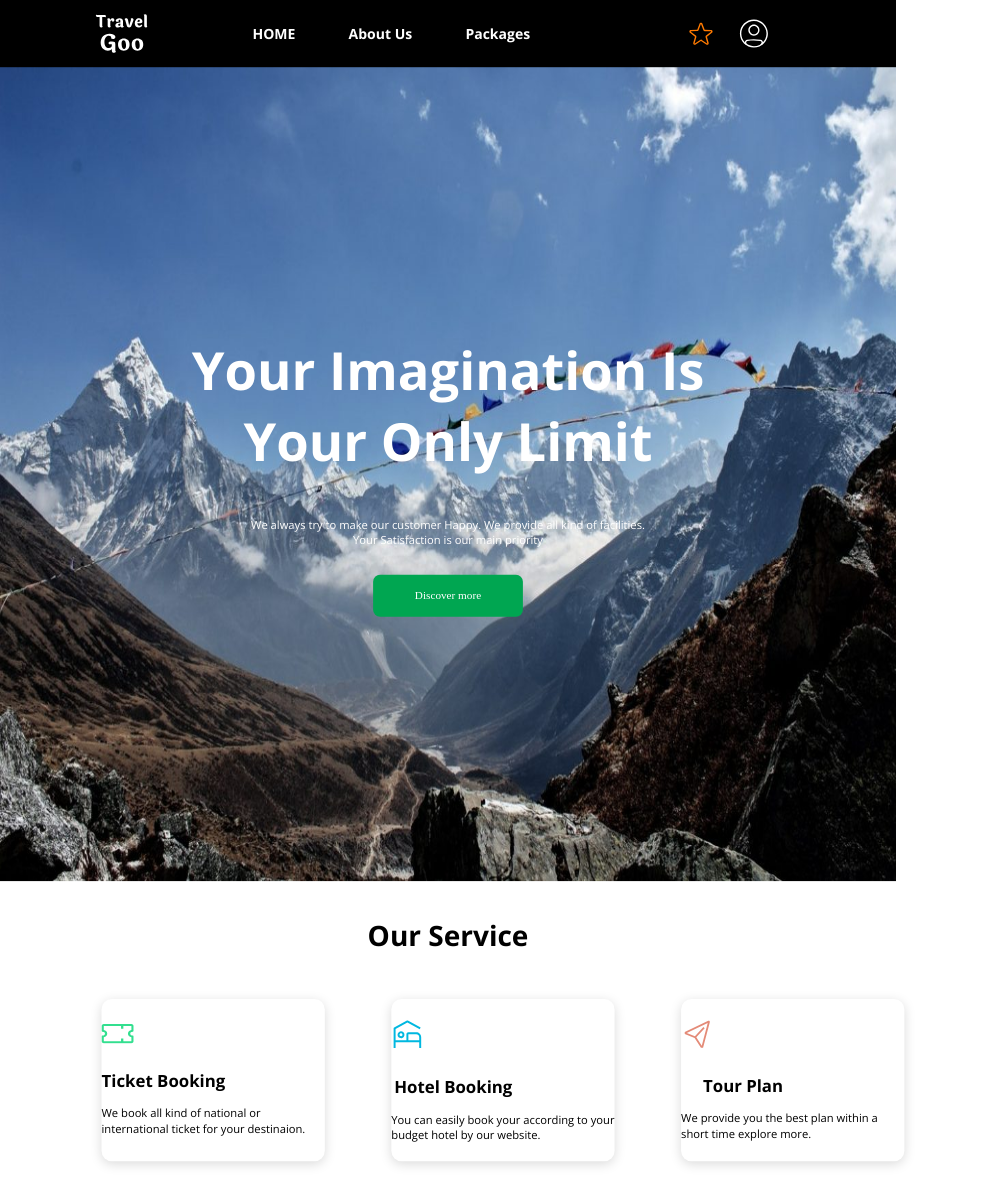
Repository: kubrazamanova/Background-Image
Page: index.html
The author's editor kept a copy of each file at every save. The page is drawn from the files as they stood at one save, then again after the next save.
The browser window is 1280 px wide. The page is 1417 px wide, so the pictures cover 1417 px, including what lies to the right of the window. The pictures show the part of the page from y = 0 to 1720 px (the page is 2839 px tall before and 2743 px after), at 70% of full size.

Above is the page before, as saved 2023-10-17 18:43:41.

### index.html
<!DOCTYPE html>
<html lang="en">
  <head>
    <meta charset="UTF-8" />
    <meta name="viewport" content="width=device-width, initial-scale=1.0" />
    <link rel="stylesheet" href="index.css" />
    <title>Document</title>
  </head>
  <body>
    <div class="container">
      <div class="home-page">
        <nav>
          <img src="./image/Travel Goo.svg" alt="" />
          <ul>
            <li>
              <a href="#">HOME</a>
            </li>

            <li>
              <a href="#">About Us</a>
            </li>

            <li>
              <a href="#">Packages</a>
            </li>
          </ul>
          <div class="photo1">
            <img src="./image/star.svg" alt="" />
            <img src="./image/user.svg" alt="" />
          </div>
        </nav>

        <div class="service-page">
          <main>
            <h1>Your Imagination Is Your Only Limit</h1>
            <p>
              We always try to make our customer Happy. We provide all kind of
              facilities. Your Satisfaction is our main priority
            </p>
            <a href="#">Discover more</a>
          </main>
        </div>
      </div>

      <div class="our-service-page">
        <h1>Our Service</h1>

        <ul>
          <li>
            <svg
              xmlns="http://www.w3.org/2000/svg"
              width="46"
              height="28"
              viewBox="0 0 46 28"
              fill="none"
            >
              <path
                d="M44.3571 10.9036C44.7929 10.9036 45.2107 10.76 45.5188 10.5044C45.8269 10.2488 46 9.90215 46 9.54067V2.72591C46 2.00295 45.6538 1.30961 45.0376 0.7984C44.4214 0.287193 43.5857 0 42.7143 0H3.28571C2.41429 0 1.57855 0.287193 0.962363 0.7984C0.346172 1.30961 0 2.00295 0 2.72591V9.54067C0 9.90215 0.173086 10.2488 0.481182 10.5044C0.789277 10.76 1.20714 10.9036 1.64286 10.9036C2.51428 10.9036 3.35002 11.1908 3.96621 11.702C4.5824 12.2132 4.92857 12.9066 4.92857 13.6295C4.92857 14.3525 4.5824 15.0458 3.96621 15.557C3.35002 16.0682 2.51428 16.3554 1.64286 16.3554C1.20714 16.3554 0.789277 16.499 0.481182 16.7546C0.173086 17.0102 0 17.3569 0 17.7184V24.5332C0 25.2561 0.346172 25.9495 0.962363 26.4607C1.57855 26.9719 2.41429 27.2591 3.28571 27.2591H42.7143C43.5857 27.2591 44.4214 26.9719 45.0376 26.4607C45.6538 25.9495 46 25.2561 46 24.5332V17.7184C46 17.3569 45.8269 17.0102 45.5188 16.7546C45.2107 16.499 44.7929 16.3554 44.3571 16.3554C43.4857 16.3554 42.65 16.0682 42.0338 15.557C41.4176 15.0458 41.0714 14.3525 41.0714 13.6295C41.0714 12.9066 41.4176 12.2132 42.0338 11.702C42.65 11.1908 43.4857 10.9036 44.3571 10.9036ZM42.7143 18.9042V24.5332H31.2143V20.4443H27.9286V24.5332H3.28571V18.9042C4.69199 18.5992 5.93673 17.9161 6.82512 16.9617C7.71351 16.0073 8.19542 14.8354 8.19542 13.6295C8.19542 12.4237 7.71351 11.2518 6.82512 10.2974C5.93673 9.34297 4.69199 8.65984 3.28571 8.3549V2.72591H27.9286V6.81477H31.2143V2.72591H42.7143V8.3549C41.308 8.65984 40.0633 9.34297 39.1749 10.2974C38.2865 11.2518 37.8046 12.4237 37.8046 13.6295C37.8046 14.8354 38.2865 16.0073 39.1749 16.9617C40.0633 17.9161 41.308 18.5992 42.7143 18.9042Z"
                fill="#32DF8F"
              />
            </svg>
            <b>Ticket Booking</b>
            <p>
              We book all kind of national or international ticket for your
              destinaion.
            </p>
          </li>

          <li>
            <svg
              xmlns="http://www.w3.org/2000/svg"
              width="45"
              height="45"
              viewBox="0 0 45 45"
              fill="none"
            >
              <path
                d="M13.3594 21.0938C13.7766 21.0938 14.1844 21.2175 14.5313 21.4492C14.8782 21.681 15.1485 22.0105 15.3082 22.3959C15.4678 22.7813 15.5096 23.2055 15.4282 23.6146C15.3468 24.0238 15.1459 24.3997 14.8509 24.6947C14.5559 24.9897 14.1801 25.1906 13.7709 25.272C13.3617 25.3534 12.9376 25.3116 12.5522 25.1519C12.1667 24.9923 11.8373 24.7219 11.6055 24.375C11.3737 24.0281 11.25 23.6203 11.25 23.2031C11.25 22.6437 11.4722 22.1072 11.8678 21.7116C12.2634 21.316 12.7999 21.0938 13.3594 21.0938ZM13.3594 18.2812C12.3859 18.2813 11.4343 18.5699 10.6249 19.1107C9.81553 19.6516 9.18468 20.4203 8.81216 21.3196C8.43963 22.219 8.34216 23.2086 8.53207 24.1633C8.72199 25.1181 9.19075 25.9951 9.87909 26.6834C10.5674 27.3718 11.4444 27.8405 12.3992 28.0304C13.3539 28.2203 14.3435 28.1229 15.2429 27.7503C16.1423 27.3778 16.9109 26.747 17.4518 25.9376C17.9926 25.1282 18.2813 24.1766 18.2813 23.2031C18.2813 21.8978 17.7627 20.6459 16.8397 19.7228C15.9166 18.7998 14.6647 18.2812 13.3594 18.2812Z"
                fill="#00B8E0"
              />
              <path
                d="M35.1562 19.6875H23.9062C23.1603 19.6875 22.445 19.9838 21.9175 20.5112C21.3901 21.0387 21.0938 21.7541 21.0938 22.5V30.9375H5.625V14.9062L22.5 5.82185L40.1203 15.3L41.4422 12.825L23.1609 2.98122C22.9575 2.87289 22.7305 2.81622 22.5 2.81622C22.2695 2.81622 22.0425 2.87289 21.8391 2.98122L3.55781 12.825C3.33326 12.9445 3.14536 13.1228 3.01411 13.3407C2.88285 13.5586 2.81318 13.8081 2.8125 14.0625V42.1875H5.625V33.75H39.375V42.1875H42.1875V26.7187C42.1875 24.8539 41.4467 23.0655 40.1281 21.7469C38.8095 20.4283 37.0211 19.6875 35.1562 19.6875ZM23.9062 30.9375V22.5H35.1562C36.2751 22.5 37.3482 22.9444 38.1394 23.7356C38.9305 24.5268 39.375 25.5998 39.375 26.7187V30.9375H23.9062Z"
                fill="#00B8E0"
              />
            </svg>
            <b>Hotel Booking</b>
            <p>
              You can easily book your according to your budget hotel by our
              website.
            </p>
          </li>

          <li>
            <svg
              xmlns="http://www.w3.org/2000/svg"
              width="41"
              height="41"
              viewBox="0 0 41 41"
              fill="none"
            >
              <path
                d="M37.9926 1.59009C37.7551 1.39292 37.4665 1.26731 37.1604 1.22788C36.8543 1.18845 36.5432 1.23683 36.2635 1.36739L2.7016 17.1207V20.1689L16.7983 25.8076L25.8404 39.7187H28.8893L38.5227 3.25115C38.6008 2.9525 38.5925 2.6378 38.4986 2.34372C38.4047 2.04964 38.2293 1.78828 37.9926 1.59009ZM27.0069 36.8113L19.2348 24.8538L31.1947 11.7545L29.3024 10.0267L17.2488 23.2282L5.62605 18.5791L35.5307 4.54201L27.0069 36.8113Z"
                fill="#E48B78"
              />
            </svg>
            <b>Tour Plan</b>
            <p>
              We provide you the best plan within a short time explore more.
            </p>
          </li>
        </ul>
      </div>
      <div class="best-service">
        <h1>We always try to give you the best service</h1>
        <p>
          We always try to make our customer Happy. We provide all kind of
          facilities. Your Satisfaction is our main priority.
        </p>

        <ul>
          <li>
            <svg
              xmlns="http://www.w3.org/2000/svg"
              width="42"
              height="42"
              viewBox="0 0 42 42"
              fill="none"
            >
              <g clip-path="url(#clip0_10_30)">
                <path
                  d="M39.375 3.93291L28.8658 3.93295V1.31714C28.8658 0.591982 28.2785 0.00463867 27.5533 0.00463867C26.8282 0.00463867 26.2408 0.591982 26.2408 1.31714V3.93229H15.7408V1.31714C15.7408 0.591982 15.1535 0.00463867 14.4283 0.00463867C13.7032 0.00463867 13.1158 0.591982 13.1158 1.31714V3.93229H2.625C1.17534 3.93229 0 5.10764 0 6.55729V39.3698C0 40.8194 1.17534 41.9948 2.625 41.9948H39.375C40.8247 41.9948 42 40.8194 42 39.3698V6.55729C42 5.10825 40.8247 3.93291 39.375 3.93291ZM39.375 39.3698H2.625V6.55729H13.1158V7.87964C13.1158 8.60475 13.7032 9.19214 14.4283 9.19214C15.1535 9.19214 15.7408 8.60475 15.7408 7.87964V6.55795H26.2408V7.88029C26.2408 8.60545 26.8282 9.19279 27.5533 9.19279C28.2785 9.19279 28.8658 8.60545 28.8658 7.88029V6.55795H39.375V39.3698ZM30.1875 20.9954H32.8125C33.537 20.9954 34.125 20.4074 34.125 19.6829V17.0579C34.125 16.3334 33.537 15.7454 32.8125 15.7454H30.1875C29.463 15.7454 28.875 16.3334 28.875 17.0579V19.6829C28.875 20.4074 29.463 20.9954 30.1875 20.9954ZM30.1875 31.4948H32.8125C33.537 31.4948 34.125 30.9074 34.125 30.1823V27.5573C34.125 26.8328 33.537 26.2448 32.8125 26.2448H30.1875C29.463 26.2448 28.875 26.8328 28.875 27.5573V30.1823C28.875 30.9081 29.463 31.4948 30.1875 31.4948ZM22.3125 26.2448H19.6875C18.963 26.2448 18.375 26.8328 18.375 27.5573V30.1823C18.375 30.9074 18.963 31.4948 19.6875 31.4948H22.3125C23.037 31.4948 23.625 30.9074 23.625 30.1823V27.5573C23.625 26.8334 23.037 26.2448 22.3125 26.2448ZM22.3125 15.7454H19.6875C18.963 15.7454 18.375 16.3334 18.375 17.0579V19.6829C18.375 20.4074 18.963 20.9954 19.6875 20.9954H22.3125C23.037 20.9954 23.625 20.4074 23.625 19.6829V17.0579C23.625 16.3328 23.037 15.7454 22.3125 15.7454ZM11.8125 15.7454H9.1875C8.463 15.7454 7.875 16.3334 7.875 17.0579V19.6829C7.875 20.4074 8.463 20.9954 9.1875 20.9954H11.8125C12.537 20.9954 13.125 20.4074 13.125 19.6829V17.0579C13.125 16.3328 12.537 15.7454 11.8125 15.7454ZM11.8125 26.2448H9.1875C8.463 26.2448 7.875 26.8328 7.875 27.5573V30.1823C7.875 30.9074 8.463 31.4948 9.1875 31.4948H11.8125C12.537 31.4948 13.125 30.9074 13.125 30.1823V27.5573C13.125 26.8334 12.537 26.2448 11.8125 26.2448Z"
                  fill="#005F15"
                />
              </g>
              <defs>
                <clipPath id="clip0_10_30">
                  <rect width="42" height="42" fill="white" />
                </clipPath>
              </defs>
            </svg>
            <b>15+</b>
            <p>Years of Experience</p>
          </li>

          <li>
            <svg
              xmlns="http://www.w3.org/2000/svg"
              width="43"
              height="43"
              viewBox="0 0 43 43"
              fill="none"
            >
              <path
                d="M37.2891 33.2578H8.39844V7.05469C8.39844 6.86992 8.24727 6.71875 8.0625 6.71875H5.71094C5.52617 6.71875 5.375 6.86992 5.375 7.05469V35.9453C5.375 36.1301 5.52617 36.2812 5.71094 36.2812H37.2891C37.4738 36.2812 37.625 36.1301 37.625 35.9453V33.5938C37.625 33.409 37.4738 33.2578 37.2891 33.2578ZM12.0938 29.8984H14.4453C14.6301 29.8984 14.7812 29.7473 14.7812 29.5625V23.5156C14.7812 23.3309 14.6301 23.1797 14.4453 23.1797H12.0938C11.909 23.1797 11.7578 23.3309 11.7578 23.5156V29.5625C11.7578 29.7473 11.909 29.8984 12.0938 29.8984ZM18.4766 29.8984H20.8281C21.0129 29.8984 21.1641 29.7473 21.1641 29.5625V16.125C21.1641 15.9402 21.0129 15.7891 20.8281 15.7891H18.4766C18.2918 15.7891 18.1406 15.9402 18.1406 16.125V29.5625C18.1406 29.7473 18.2918 29.8984 18.4766 29.8984ZM24.8594 29.8984H27.2109C27.3957 29.8984 27.5469 29.7473 27.5469 29.5625V19.4004C27.5469 19.2156 27.3957 19.0645 27.2109 19.0645H24.8594C24.6746 19.0645 24.5234 19.2156 24.5234 19.4004V29.5625C24.5234 29.7473 24.6746 29.8984 24.8594 29.8984ZM31.2422 29.8984H33.5938C33.7785 29.8984 33.9297 29.7473 33.9297 29.5625V12.7656C33.9297 12.5809 33.7785 12.4297 33.5938 12.4297H31.2422C31.0574 12.4297 30.9062 12.5809 30.9062 12.7656V29.5625C30.9062 29.7473 31.0574 29.8984 31.2422 29.8984Z"
                fill="#005F15"
              />
            </svg>
            <b>15k+</b>
            <p>Happy Travellers</p>
          </li>

          <li>
            <svg
              xmlns="http://www.w3.org/2000/svg"
              width="43"
              height="43"
              viewBox="0 0 43 43"
              fill="none"
            >
              <path
                d="M21.5 32.25L13.3166 20.6938C11.9771 19.1122 11.1145 17.1827 10.8292 15.1299C10.5439 13.0771 10.8478 10.9855 11.7053 9.09874C12.5628 7.21193 13.9387 5.60758 15.6728 4.47252C17.4068 3.33747 19.4277 2.71843 21.5 2.6875C24.3726 2.71589 27.1168 3.88155 29.1317 5.92918C31.1466 7.97681 32.2679 10.7395 32.25 13.6122C32.2511 16.1182 31.3979 18.5497 29.8312 20.5056L21.5 32.25ZM21.5 5.375C19.339 5.39982 17.2763 6.28119 15.7646 7.8256C14.253 9.37001 13.416 11.4512 13.4375 13.6122C13.4465 15.5846 14.1561 17.4896 15.4397 18.9872L21.5 27.5738L27.7216 18.8125C28.9042 17.3363 29.553 15.5036 29.5625 13.6122C29.584 11.4512 28.747 9.37001 27.2354 7.8256C25.7237 6.28119 23.6609 5.39982 21.5 5.375Z"
                fill="#005F15"
              />
              <path
                d="M21.5 14.7812C22.9843 14.7812 24.1875 13.578 24.1875 12.0938C24.1875 10.6095 22.9843 9.40625 21.5 9.40625C20.0157 9.40625 18.8125 10.6095 18.8125 12.0938C18.8125 13.578 20.0157 14.7812 21.5 14.7812Z"
                fill="#005F15"
              />
              <path
                d="M37.625 16.125H34.9375V18.8125H37.625V37.625H5.375V18.8125H8.0625V16.125H5.375C4.66223 16.125 3.97865 16.4081 3.47465 16.9122C2.97065 17.4162 2.6875 18.0997 2.6875 18.8125V37.625C2.6875 38.3378 2.97065 39.0213 3.47465 39.5253C3.97865 40.0294 4.66223 40.3125 5.375 40.3125H37.625C38.3378 40.3125 39.0213 40.0294 39.5253 39.5253C40.0294 39.0213 40.3125 38.3378 40.3125 37.625V18.8125C40.3125 18.0997 40.0294 17.4162 39.5253 16.9122C39.0213 16.4081 38.3378 16.125 37.625 16.125Z"
                fill="#005F15"
              />
            </svg>
            <b>650+</b>
            <p>Places Visited</p>
          </li>

          <li>
            <svg
              xmlns="http://www.w3.org/2000/svg"
              width="35"
              height="35"
              viewBox="0 0 35 35"
              fill="none"
            >
              <path
                d="M3.09169 19.7254C4.17377 26.6977 10.2404 32.0775 17.5015 32.0775C25.5209 32.0775 32.0819 25.5164 32.0819 17.497C32.0819 9.47767 25.5223 2.91663 17.5029 2.91663C12.6934 2.91663 8.46127 5.25142 5.83335 8.74996V2.91808L2.92106 2.91663L2.91669 13.125H13.125V10.2083L8.45981 10.2068C10.5 7.58475 13.8571 5.83329 17.5029 5.83329C23.9167 5.83329 29.1667 11.0833 29.1667 17.497C29.1667 23.9108 23.9167 29.1622 17.5015 29.1622C11.8461 29.1622 7.10065 25.0877 6.05502 19.7254H3.09169Z"
                fill="#005F15"
              />
              <path
                d="M16.0446 10.2069V17.939L20.7127 24.2054L23.046 22.4598L18.9612 17.0625V10.2069H16.0446Z"
                fill="#005F15"
              />
            </svg>
            <b>2k+</b>
            <p>Travel History</p>
          </li>
        </ul>
      </div>
    </div>
  </body>
</html>

### index.css
@import url("https://fonts.googleapis.com/css2?family=Open+Sans:wght@400;700&display=swap");
* {
  margin: 0;
  padding: 0;
  box-sizing: border-box;
}

.home-page {
  min-height: 100vh;
  background-image: url('./image/mount-everest-1313x875.jpg');
  background-repeat: no-repeat;
  background-size: 100% 100%;
}

.home-page nav {
  padding: 20px 145px 20px 136px;
  background-color: black;
  display: flex;
  justify-content: space-between;
  ppo
}

.home-page ul {
  display: flex;
  align-items: center;
}

.home-page ul li a {
  margin-right: 76px;
  list-style-type: none;
  text-decoration: none;
  color: #fff;
  font-family: Open Sans;
  font-size: 20px;
  font-style: normal;
  font-weight: 600;
  line-height: normal;
}
.home-page .photo1 {
  display: flex;
  align-items: center;
}

.home-page .photo1 img {
  margin-right: 34px;
}

.service-page main {
  padding: 381px 475px 378px 475px;
  display: flex;
  flex-direction: column;
  justify-content: center;
  align-items: center;
}

.service-page h1 {
  width: 779px;
  color: #fff;
  text-align: center;
  font-family: Open Sans;
  font-size: 75px;
  font-style: normal;
  font-weight: 800;
  line-height: normal;
}

.service-page p {
  width: 568px;
  margin-top: 57px;
  color: #fff;
  text-align: center;
  font-family: Open Sans;
  font-size: 16px;
  font-style: normal;
  font-weight: 400;
  line-height: normal;
}

.service-page a {
  display: block;
  margin-top: 39px;
  width: 214px;
  height: 60px;
  border-radius: 10px;
  background: #00a651;
  text-decoration: none;
  color: white;
  display: flex;
  justify-content: center;
  align-items: center;
}

.our-service-page {
  padding: 50px 145px 88px 145px;
  min-height: 100vh;
  background-color: #fff;
}

.our-service-page h1 {
  color: #000;
  text-align: center;
  font-family: Open Sans;
  font-size: 40px;
  font-style: normal;
  font-weight: 700;
  line-height: normal;
}

.our-service-page ul {
  display: flex;
}

.our-service-page ul li {
  width: 416px;
  height: 232px;
  margin-right: 95px;
  margin-top: 63px;
  list-style-type: none;
  border-radius: 15px;
  background-color: #f9f9f9;
  border-radius: 15px;
  background: #fff;
  box-shadow: 0px 4px 16px 0px rgba(0, 0, 0, 0.15);
  display: flex;
  flex-direction: column;
  justify-content: center;
}

.our-service-page ul li svg {
  width: 46px;
  margin-bottom: 36px;
}

.our-service-page ul li b {
  width: 177px;
  margin-bottom: 19px;
  color: #000;
  text-align: center;
  font-family: Open Sans;
  font-size: 24px;
  font-style: normal;
  font-weight: 700;
  line-height: normal;
}

.our-service-page ul li p {
  width: 319px;
  color: #000;
  font-family: Open Sans;
  font-size: 16px;
  font-style: normal;
  font-weight: 400;
  line-height: normal;
}

.best-service {
  padding: 169px 167px 113px 176px;
  min-height: 100vh;
  background: rgba(0, 88, 83, 0.05);
  display: flex;
  flex-direction: column;
  justify-content: center;
  align-items: center;
}

.best-service h1 {
  width: 518px;
  color: #000;
  text-align: center;
  font-family: Open Sans;
  font-size: 40px;
  font-style: normal;
  font-weight: 700;
  line-height: normal;
}

.best-service p {
  width: 495px;
  margin-top: 19px;
  color: #000;
  text-align: center;
  font-family: Open Sans;
  font-size: 16px;
  font-style: normal;
  font-weight: 400;
  line-height: normal;
}

.best-service ul {
  margin-top: 118px;
  display: flex;
}

.best-service ul li {
  list-style-type: none;
  width: 250px;
  height: 250px;
  border-radius: 15px;
  background: #fff;
  margin-right: 136px;
  display: flex;
  flex-direction: column;
  align-items: center;
}

.best-service svg {
  margin-top: 43px;
  width: 42px;
  height: 42px;
}

.best-service b {
  margin-top: 19px;
  color: #000;
  font-family: Open Sans;
  font-size: 36px;
  font-style: normal;
  font-weight: 700;
  line-height: normal;
}

.best-service p {
  color: #000;
  text-align: center;
  font-family: Open Sans;
  font-size: 20px;
  font-style: normal;
  font-weight: 400;
  line-height: normal;
}

After the next save:
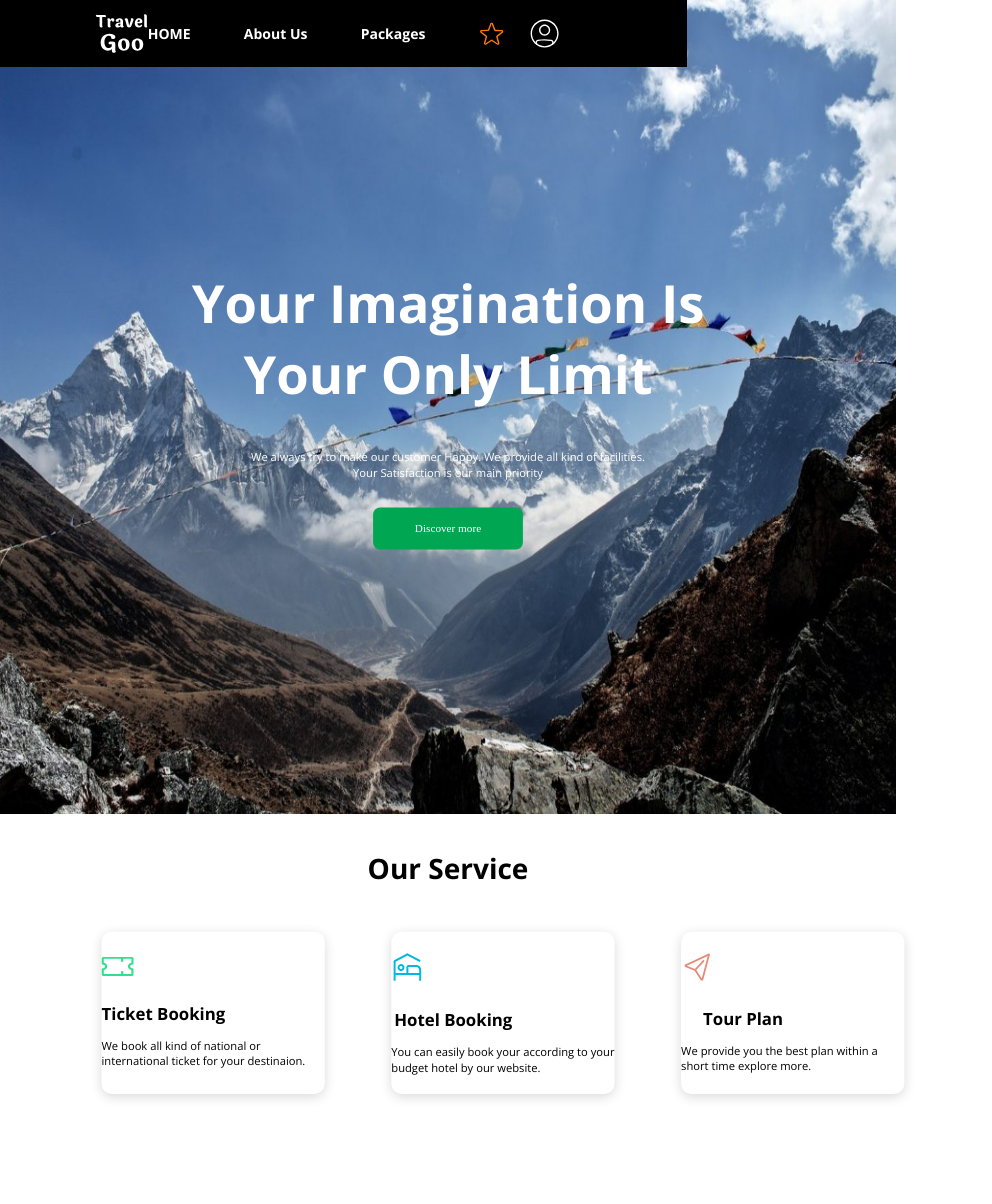
Saved 7 s later.
--- a/index.css
+++ b/index.css
@@ -17,7 +17,7 @@
   background-color: black;
   display: flex;
   justify-content: space-between;
-  ppo
+  position: fixed;
 }
 
 .home-page ul {
